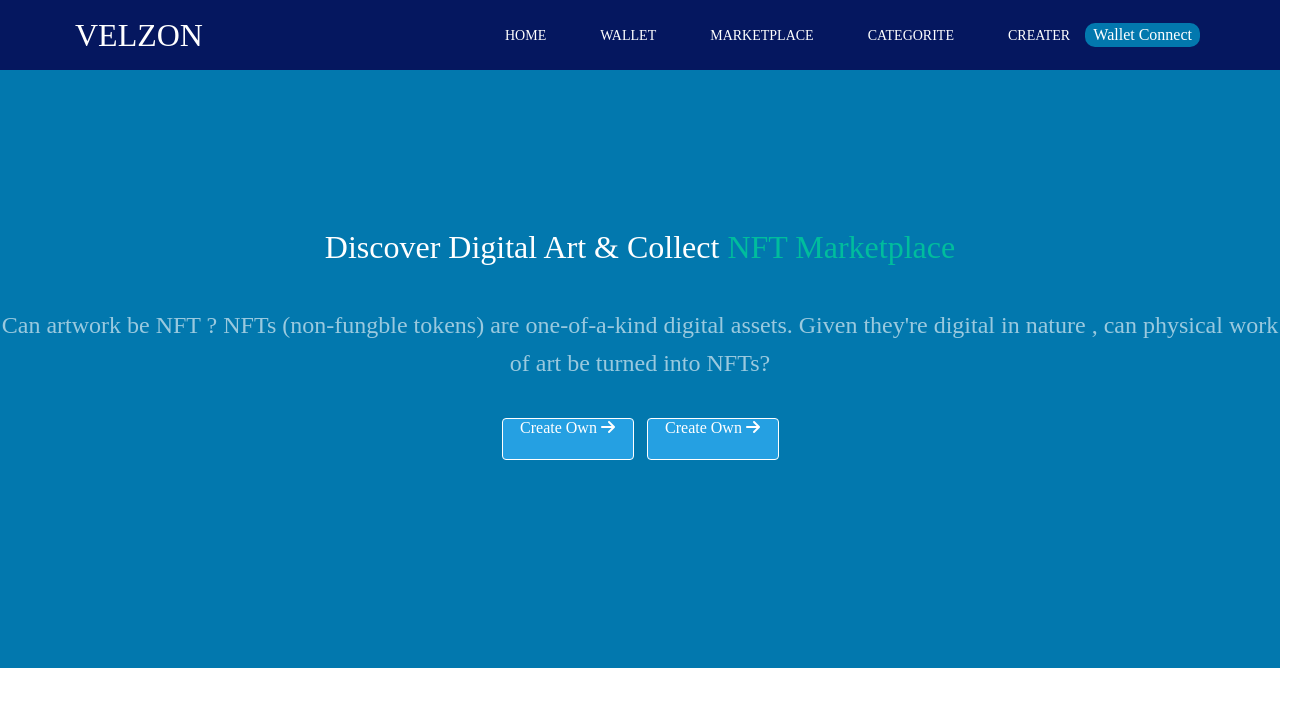
Repository: HuynhDuc23/Webvideodesgin
Page: index.html
An editor plug-in stored every save of this project. The page is shown before and after the next save, followed by the edit.
The browser window is 1280 px wide. The page is 1293 px wide, so the pictures cover 1293 px, including what lies to the right of the window. The pictures show the whole page.
The style sheet was rebuilt from its Sass, Less or Tailwind sources for each picture, by a compiler version that may differ from the author's.

Above is the page before, as saved 2023-04-25 12:27:36.

### index.html
<!DOCTYPE html>
<html lang="en">
<head>
    <meta charset="UTF-8">
    <meta http-equiv="X-UA-Compatible" content="IE=edge">
    <meta name="viewport" content="width=device-width, initial-scale=1.0">
    <link rel="stylesheet" href="https://cdnjs.cloudflare.com/ajax/libs/font-awesome/6.4.0/css/all.min.css" integrity="sha512-iecdLmaskl7CVkqkXNQ/ZH/XLlvWZOJyj7Yy7tcenmpD1ypASozpmT/E0iPtmFIB46ZmdtAc9eNBvH0H/ZpiBw==" crossorigin="anonymous" referrerpolicy="no-referrer" />
    <link rel="stylesheet" href="./reset.css">
    <link rel="stylesheet" href="style.css">
    <title>LoadingPage</title>
</head>
<body>
    <div class="loadingpage">
     <div class="loadingpage__heading">
        <div class="loadingpage__header">
            <div class="loadingpage__left"><h4 class="loadingpage__content">VELZON</h4></div>
            <div class="loaddingpage__right">
                <ul class="loadingpage__list">
                    <li class="loadingpage__items"><h5 class="loadingpage__padding">Home</h5></li>
                    <li class="loadingpage__items"><h5 class="loadingpage__padding">Wallet</h5></li>
                    <li class="loadingpage__items"><h5 class="loadingpage__padding">MarketPlace</h5></li>
                    <li class="loadingpage__items"><h5 class="loadingpage__padding">categorite</h5></li>
                    <li class="loadingpage__items"><h5 class="loadingpage__padding">Creater</h5></li>
                </ul>
            </div>
        </div>
        <div class="loadingpage__mid">
            <div class="loadingpage__mid__content1">
                <h1 class="loadingpage__mid__content">Discover Digital Art
                     & Collect <span>NFT Marketplace</span></h1>
            </div>
            <div class="loadingpage__mid__content2">
                <div class="loadingpage__mid__content2__content">
                    <p class="loadingpage__mid__content2__para">
                        Can artwork be NFT ? NFTs (non-fungble tokens) are one-of-a-kind digital assets. Given they're  digital in nature , can physical work of art be turned into NFTs?
                    </p>
                </div>
                <div class="button__mid">
                    <div class="button">
                        <div class="button__1">Create Own
                         <i class="fa-solid fa-arrow-right"></i>
                        </div>
                     </div>
                     <div class="button">
                         <div class="button__1">Create Own
                          <i class="fa-solid fa-arrow-right"></i>
                         </div>
                      </div>
                </div>
            </div>
        </div>
     </div>
    </div>
</body>
</html>

### style.scss
html {
    box-sizing: border-box;
}
*{
    font-size: 16.5rem;
    font-family: 'Segoe UI', Tahoma, Geneva, Verdana, sans-serif;
}
.loadingpage {
    &__heading {
        width: 100%;
        height: 668px;
      //  background-color: #0278ae;
        background-color:rgb(2,120,174);
    }
    &__header {
        width: 100%;
        height: 70px;
        background-color: #05175f;
        display: flex ;
        justify-content: flex-start;
        align-items: center;
        position: relative;
    }
    &__left {
        padding:  27px 75px;
        cursor: pointer;
    }
    &__content {
        color: white;
        font-weight: 500;
        font-size: 14px;
        line-height: 21px;
        text-transform: uppercase;
        font-size: xx-large;
    }
    &__right {
        margin-left: 200px;
    }
    &__list {
        display: flex;
        align-items: center;
        padding-left: 200px;

        &:before {
            content: "Wallet Connect";
            padding: 4px 8px ;
            top: 50%;
            right: 80px;
            position: absolute;
            color: white;
            transform: translateY(-50%);
            background-color: rgb(2,120,174);
            cursor: pointer;
            border-radius: 10px ;
        }

    }
    &__items {
        padding: 27px;
        &:hover {
            color: #00bd9d;
            cursor: pointer;
        }
    }
    &__padding {
       color: white;
       font-weight: 500;
       font-size: 14px;
       line-height: 21px;
       text-transform: uppercase;
       &:hover {
        color: #00bd9d;
        cursor: pointer;
    }
    }

    &__mid__content1 {
        padding-top: 167px;
        margin-bottom: 45px;
    }
    &__mid__content {
        position: relative;
        left: 50%;
        transform: translateX(-50%);
        color: white;
        font-size: xx-large;
        // text-align: center;
        display: inline-block;
        line-height: 21px;
        &>span {
            display: inline-block;
            color: #00bd9d;
        }
    }
}
.loadingpage__mid__content2 {
     display: inline-block;
     position: relative;
     left: 50%;
     transform: translateX(-50%);
     &__content {
        padding-bottom: 35px;
     }
    &__para {
        color: #ffffff;
        line-height: 1.6;
        text-align: center;
        font-size:x-large;
        opacity: 0.6;

     }
}
.button__mid {
    display: flex;
    justify-content: center;
    align-items: center;
    margin-right: -13px;
}
.button {
    width: 130px;
    height: 40px;
    background-color: #25a0e2;
    margin-right: 13px;
    border: 1px solid white;
    border-radius: 4px;
    &__1 {
        color:  white;
        text-align: center;
    }
}

Loaded but not shown: reset.css (common file)

After the next save:
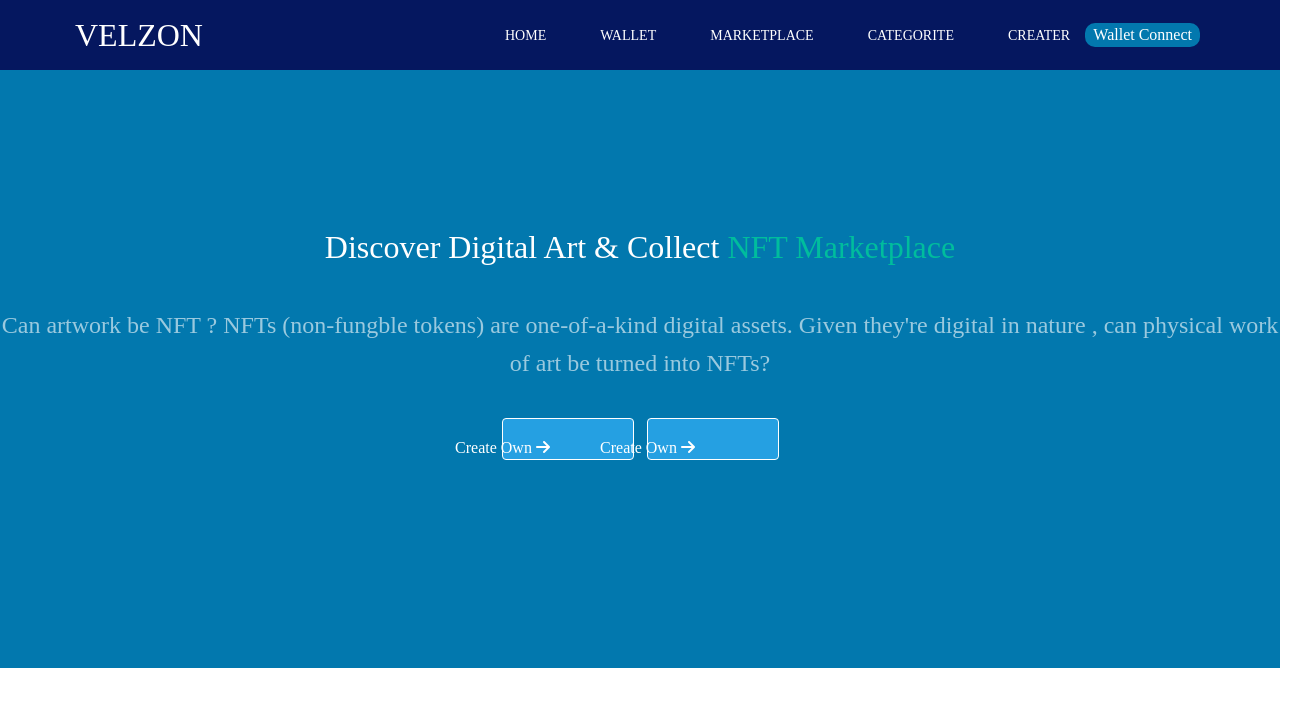
Saved 33 s later.
--- a/style.scss
+++ b/style.scss
@@ -126,5 +126,8 @@
     &__1 {
         color:  white;
         text-align: center;
+        position: relative;
+        top: 50%;
+        transform:translate(-50%);
     }
 }

After the 2 saves that followed:
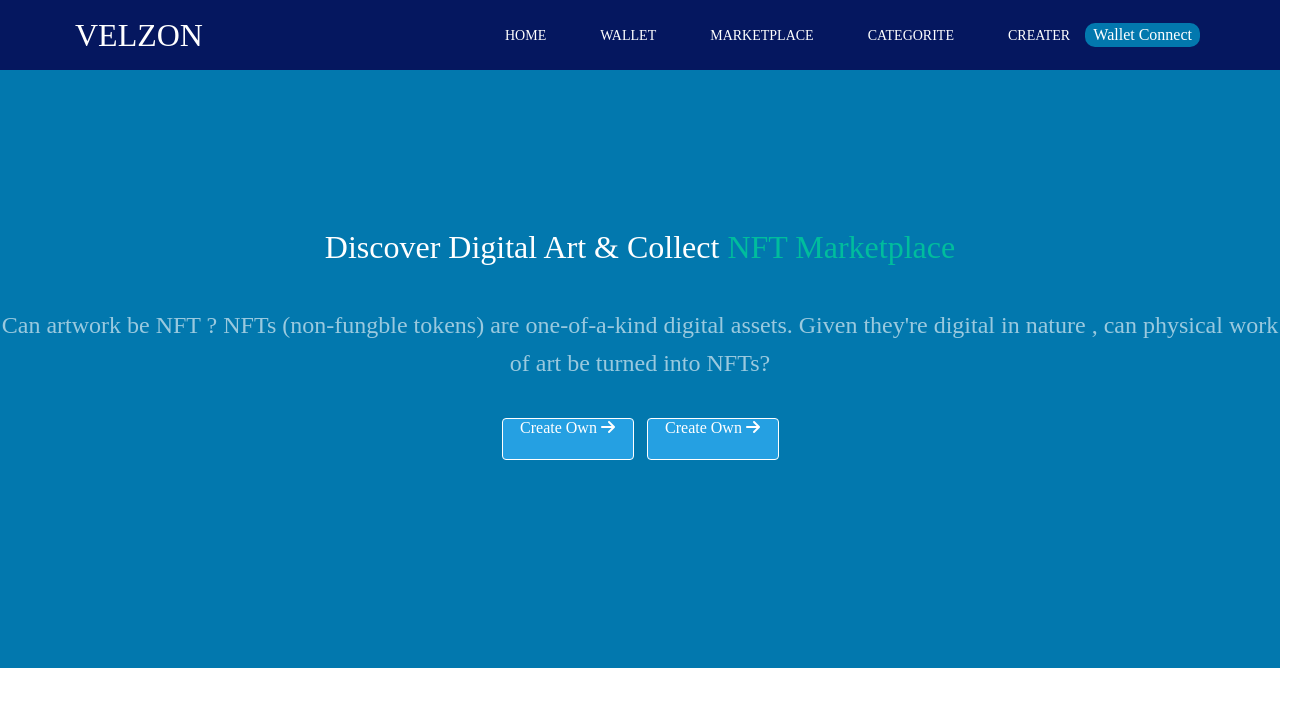
The 2 saves are shown as one change because 1 left the picture as it was.
The last was saved 50 s later.
--- a/style.scss
+++ b/style.scss
@@ -126,8 +126,6 @@
     &__1 {
         color:  white;
         text-align: center;
-        position: relative;
-        top: 50%;
-        transform:translate(-50%);
+       font-weight: 500;
     }
 }
